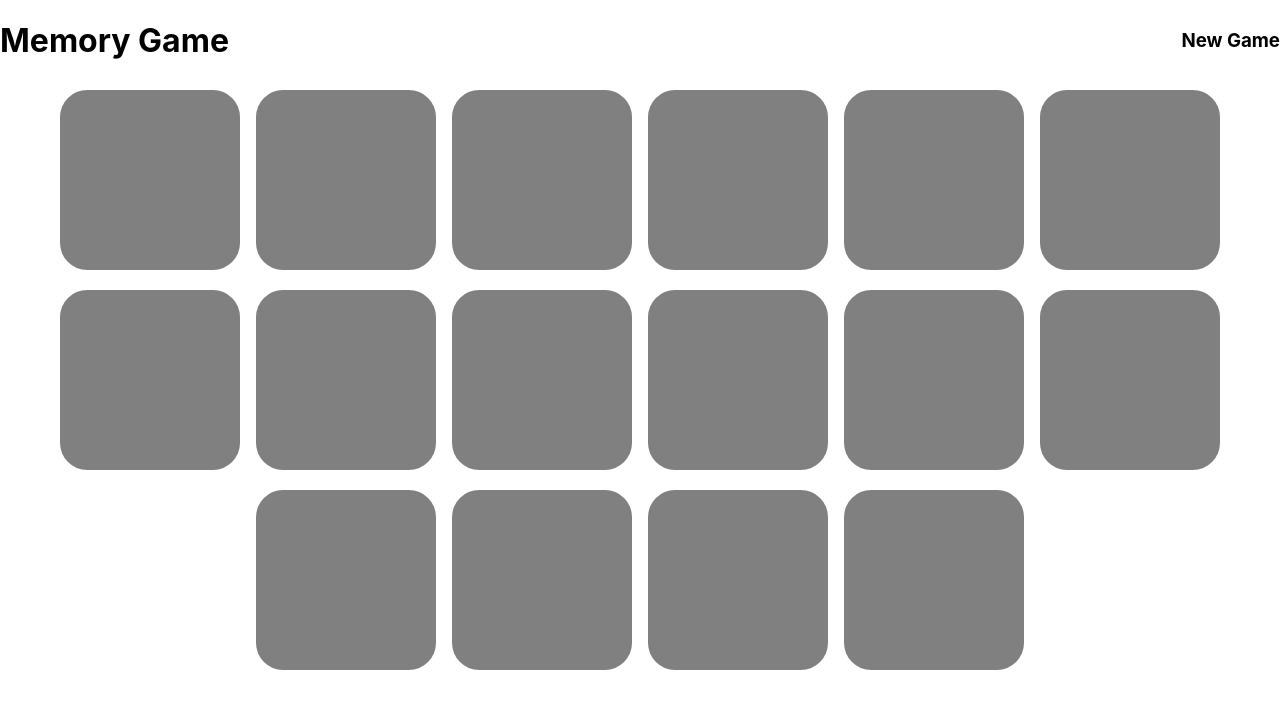
Repository: sokafootball/memory_game
Page: /
The author's editor kept a copy of each file at every save. The page is drawn from the files as they stood at one save, then again after the next save.
The browser window is 1280 px wide. The pictures show the whole page.
The project was rebuilt for these pictures with package versions that can differ from the ones it lists, and the page was loaded fresh each time.

Above is the page before, as saved 2019-01-21 12:28:38.

After the next save:
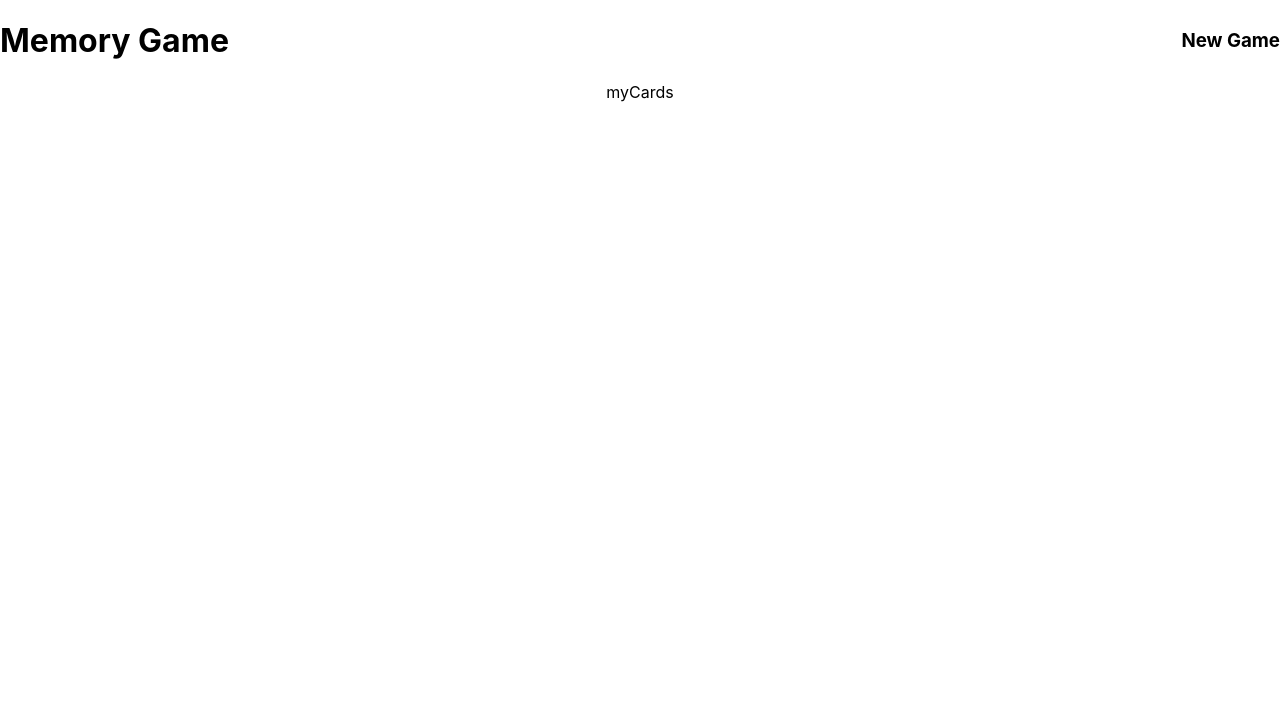
Saved 11 min 3 s later.
--- a/src/Game.js
+++ b/src/Game.js
@@ -7,7 +7,9 @@ const Game = (props) => {
     return <Card {...c} key={index} handleCardClick = {props.handleCardClick}/>
   })
     return (
-      myCards
+      <div className="cardsdiv">
+        myCards
+      </div>
     )
 }
 
